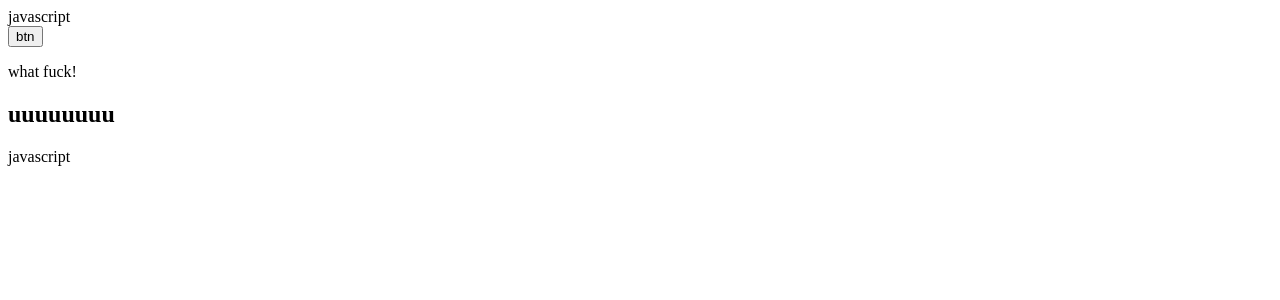
Repository: monijijian/VScodeProject
Page: test.html
An editor plug-in stored every save of this project. The page is shown before and after the next save, followed by the edit.
The browser window is 1280 px wide. The pictures show the whole page.
After loading, the first visible `#btn` was clicked once.

Above is the page before, as saved 2020-09-05 11:40:33.

After the next save:
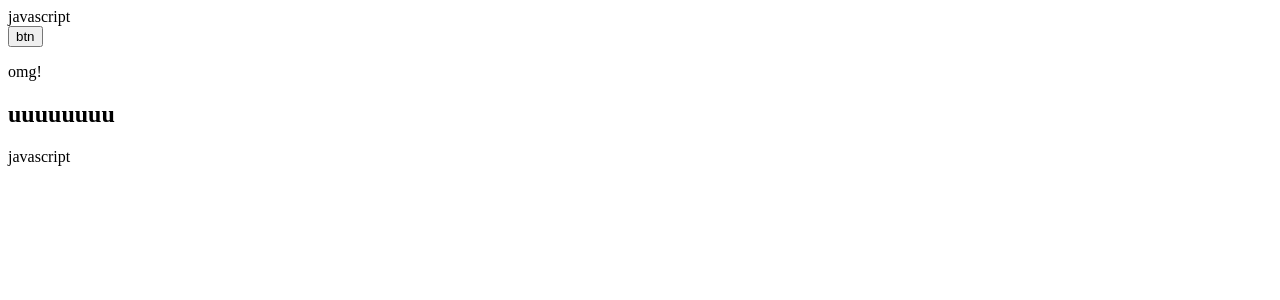
Saved 23 s later.
--- a/test.html
+++ b/test.html
@@ -20,6 +20,7 @@
         var pp = document.getElementById('pp');
         btn.onclick = () => {
             pp.innerHTML = 'what fuck!'
+            pp.innerText = 'omg!'
         }
     </script>
 </body>
